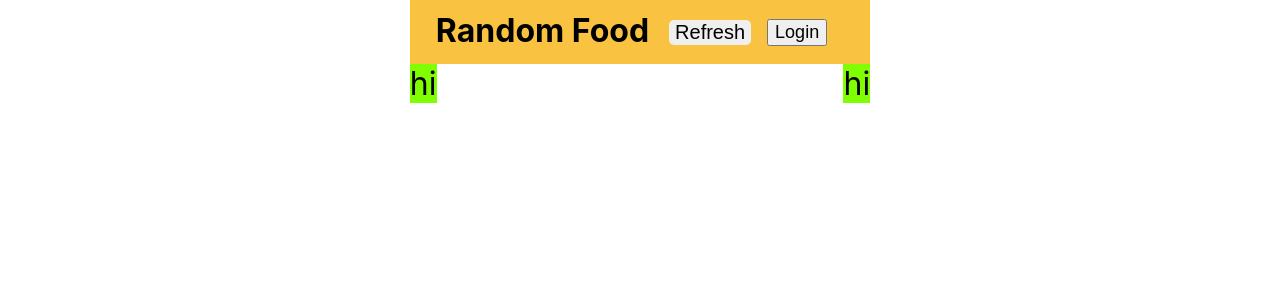
Repository: limjoohyun2030/random-food
Page: /random-food/home
These files come from the project's save history. The page is drawn as it stood at one moment and after a run of saves; the edit follows.
The browser window is 1280 px wide. The pictures show the whole page.
The page's requests for data from a server got no answer. The project was rebuilt for these pictures with package versions that can differ from the ones it lists, and the page was loaded fresh each time. A package was used in the major version that the imports need, not the one package.json lists. No one was signed in, and anything a server would have sent is missing. Also part of the build but not shown: src/components/food_detail/food_detail.module.css, src/components/food_detail/food_detail.jsx, src/components/food_item/food_item.module.css, src/components/food_item/food_item.jsx, src/components/login/login.module.css, src/components/login/login.jsx.

Above is the page before, as saved 2021-11-11 02:23:22.

### public/index.html
<!DOCTYPE html>
<html lang="en">
  <head>
    <meta charset="utf-8" />
    <link rel="icon" href="/images/foodIcon.ico" />
    <meta name="viewport" content="width=device-width, initial-scale=1" />
    <meta name="theme-color" content="#000000" />
    <meta
      name="description"
      content="Web site created using create-react-app"
    />

    <title>Random Food</title>
  </head>
  <body>
    <noscript>You need to enable JavaScript to run this app.</noscript>
    <div id="root"></div>
  </body>
</html>

### src/index.js
import React from "react";
import ReactDOM from "react-dom";
import "./index.css";
import App from "./app";
import AuthService from "./service/auth_service";

const authService = new AuthService();

ReactDOM.render(
  <React.StrictMode>
    <App authService={authService} />
  </React.StrictMode>,
  document.getElementById("root")
);

### src/index.css
body {
  margin: 0;
  padding: 0;
  font-family: -apple-system, BlinkMacSystemFont, "Segoe UI", "Roboto", "Oxygen",
    "Ubuntu", "Cantarell", "Fira Sans", "Droid Sans", "Helvetica Neue",
    sans-serif;
  -webkit-font-smoothing: antialiased;
  -moz-osx-font-smoothing: grayscale;
}

code {
  font-family: source-code-pro, Menlo, Monaco, Consolas, "Courier New",
    monospace;
}

* {
  box-sizing: border-box;
}

#root {
  display: flex;
  justify-content: center;
}

### src/app.jsx
import { useEffect, useState, useRef } from "react";
import { BrowserRouter, Route, Switch } from "react-router-dom";
import styles from "./app.module.css";
import FoodDetail from "./components/food_detail/food_detail";
import FoodList from "./components/food_list/food_list";
import Header from "./components/header/header";
import Login from "./components/login/login";


function App({ authService }) {
  const ref = useRef();
  const [foods, setFoods] = useState([]);
  const [isSelectedFood, setIsSelectedFood] = useState();
  const [isFoodOpen, setIsFoodOpen] = useState(false);
  const [isRefresh, setIsRefresh] = useState(false);

  const selectFood = (food) => {
    setIsSelectedFood(food);
  };

  const onRefreshClick = () => {
    setIsRefresh((oldstate) => !oldstate);
  };

  useEffect(() => {
    const myHeaders = new Headers();
    myHeaders.append("Content-Type", "application/json");

    const requestOptions = {
      method: "GET",
      headers: myHeaders,
      redirect: "follow",
    };

    fetch(
      "https://api.spoonacular.com/recipes/random?number=4&apiKey=92cedfb0b9e844679738e6c6c90cd453",
      requestOptions
    )
      .then((response) => response.json())
      .then((result) => setFoods(result.recipes))
      .catch((error) => console.log("error", error));
  }, [isRefresh]);

  useEffect(() => {
    const checkIfClickedOutside = (e) => {
      if (isFoodOpen && ref.current && !ref.current.contains(e.target)) {
        setIsFoodOpen(false);
      }
    };

    document.addEventListener("mousedown", checkIfClickedOutside);

    return () => {
      document.removeEventListener("mousedown", checkIfClickedOutside);
    };
  }, [isFoodOpen]);

  return (
    <div className={styles.app}>
      <BrowserRouter>
        <Switch>
          <Route
            exact
            path="/random-food/"
            render={() => <Login authService={authService} />}
          />

          <Route
            path="/random-food/home"
            render={() => (
              <div>
                <Header onRefreshClick={onRefreshClick} />
                <section>
                  <div className={styles.detail}>
                    {isFoodOpen && <FoodDetail food={isSelectedFood} />}
                  </div>

                  <div
                    className={styles.list}
                    onClick={() => setIsFoodOpen((oldstate) => !oldstate)}
                  >
                    <FoodList
                      foods={foods}
                      onFoodClick={selectFood}
                      ref={ref}
                    />
                  </div>
                </section>
              </div>
            )}
          />
          <Route path="*">
            <h2>Page Not Found</h2>
          </Route>
        </Switch>
      </BrowserRouter>
    </div>
  );
}

export default App;

### src/service/auth_service.js
import firebase from "firebase";
import firebaseApp from "./firebase";

class AuthService {
  login() {
    const authProvider = new firebase.auth.GoogleAuthProvider();
    return firebaseApp.auth().signInWithPopup(authProvider);
  }
}

export default AuthService;

### src/app.module.css
/* @value makerLightOrange from './common/colors.css'; */

.app {
  max-width: 100rem;
  /* background-image: url("https://image.freepik.com/free-photo/spaghetti-with-spicy-mixed-seafood-dark-background_1150-45297.jpg"); */
  background-repeat: no-repeat;
  background-size: 100vw 100vh;
}

.content {
  position: relative;
}

.detail {
  z-index: 2;
  /* margin: auto 0; */
  margin-top: 5px;
  height: 520px;
  width: auto;
  position: absolute;
  background-color: #dfe08e;
}

.list {
  /* visibility: hidden; */
  z-index: 1;
}

### src/components/food_list/food_list.jsx
import React from "react";
import FoodItem from "../food_item/food_item";
import styles from "./food_list.module.css";

const FoodList = React.forwardRef(({ foods, onFoodClick }, ref) => {
  return (
    <section className={styles.foodBox}>
      <div className={styles.sidebarLeft}>hi</div>
      <ul className={styles.foods}>
        {foods &&
          foods.map((food) => (
            <FoodItem
              key={food.id}
              food={food}
              onFoodClick={onFoodClick}
              ref={ref}
            />
          ))}
      </ul>
      <div className={styles.sidebarRight}>hi</div>
    </section>
  );
});

export default FoodList;

### src/components/header/header.jsx
import styles from "./header.module.css";
import React from "react";

const Header = ({ onRefreshClick }) => {
  return (
    <header className={styles.header}>
      <div className={styles.leftbox}>
        {/* <img
          className={styles.foodIcon}
          src="https://github.com/Sweetpotatopizza/random-food/blob/main/public/images/reloadIcon.png"
          alt="logo"
        /> */}
        <h1 className={styles.title}>Random Food</h1>
        <button className={styles.reloadBox} onClick={onRefreshClick}>
          Refresh
          {/* <img
            className={styles.reloadBtn}
            src="/images/reload.png"
            alt="reload"
          /> */}
        </button>
      </div>
      {/* fontawesome needed */}
      <div className={styles.rightbox}>
        {/* <button className={styles.like}>Like</button> */}
        <button className={styles.login}>Login</button>
      </div>
    </header>
  );
};

export default Header;

### src/service/firebase.js
// Import the functions you need from the SDKs you need
// import { initializeApp } from "firebase/app";
import firebase from "firebase";

// TODO: Add SDKs for Firebase products that you want to use
// https://firebase.google.com/docs/web/setup#available-libraries

// Your web app's Firebase configuration
// For Firebase JS SDK v7.20.0 and later, measurementId is optional
const firebaseConfig = {
  apiKey: process.env.REACT_APP_FIREBASE_API_KEY,
  authDomain: process.env.REACT_APP_FIREBASE_AUTH_DOMAIN,
  databaseURL: process.env.REACT_APP_FIREBASE_DB_URL,
  projectId: process.env.REACT_APP_FIREBASE_PROJECT_ID,
  appId: process.env.REACT_APP_FIREBASE_APP_ID,
};

// console.log(process.env.REACT_APP_FIREBASE_API_KEY);
// Initialize Firebase
const firebaseApp = firebase.initializeApp(firebaseConfig);
export default firebaseApp;

### src/components/food_list/food_list.module.css
.foodBox {
  display: flex;
}

.foods {
  display: flex;
  flex-wrap: wrap;
  list-style: none;
  justify-content: center;
  align-items: center;
  width: 80%;
  margin: 1em auto;
  padding: 0;
}

.sidebarLeft {
  background-color: chartreuse;
  font-size: 2em;
  width: auto;
}

.sidebarRight {
  background-color: chartreuse;
  font-size: 2em;
}

@media screen and (max-width: 769px) {
  .foods {
    flex-direction: column;
    flex-wrap: nowrap;
    width: 100%;
  }
}

### src/components/header/header.module.css
/* @value makerOrange from '../../common/colors.css'; */

.header {
  display: flex;
  height: 4rem;
  padding: 0.8em 1em;
  background-color: #fac241;
  align-items: center;
  justify-content: space-between;
}

.leftbox {
  display: flex;
  align-items: center;
  margin-right: 1em;
}

.title {
  margin-top: 19px;
  margin-left: 10px;
}

.foodIcon {
  width: 50px;
  height: 50px;
}

.reloadBox {
  font-size: 20px;
  border-radius: 5px;
  border: none;
  margin-left: 1em;
  transition: transform 200ms ease-in-out;
}

.reloadBox:hover {
  cursor: pointer;
  transform: scale(1.07);
}

.reloadBtn {
  width: 40px;
  height: 40px;
}

.reloadBtn:hover {
  cursor: pointer;
  animation-name: spin;
  animation-duration: 2000ms;
  animation-iteration-count: infinite;
  animation-timing-function: linear;
}

@keyframes spin {
  from {
    transform: rotate(0deg);
  }
  to {
    transform: rotate(360deg);
  }
}

.like {
  margin-right: 1.5em;
  font-size: large;
  cursor: pointer;
  transition: transform 200ms ease-in-out;
}

.like:hover {
  transform: scale(1.07);
}

.login {
  margin-right: 1.5em;
  font-size: large;
  cursor: pointer;
  transition: transform 200ms ease-in-out;
}

.login:hover {
  transform: scale(1.07);
}

After the next 2 saves:
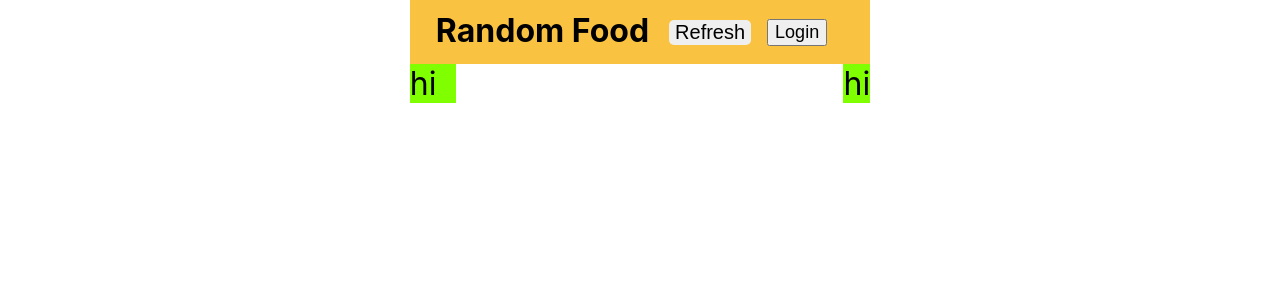
The 2 saves are shown as one change because they came seconds apart.
The last was saved 10 s later.
--- a/src/components/food_list/food_list.module.css
+++ b/src/components/food_list/food_list.module.css
@@ -16,7 +16,7 @@
 .sidebarLeft {
   background-color: chartreuse;
   font-size: 2em;
-  width: auto;
+  width: 10%;
 }
 
 .sidebarRight {
